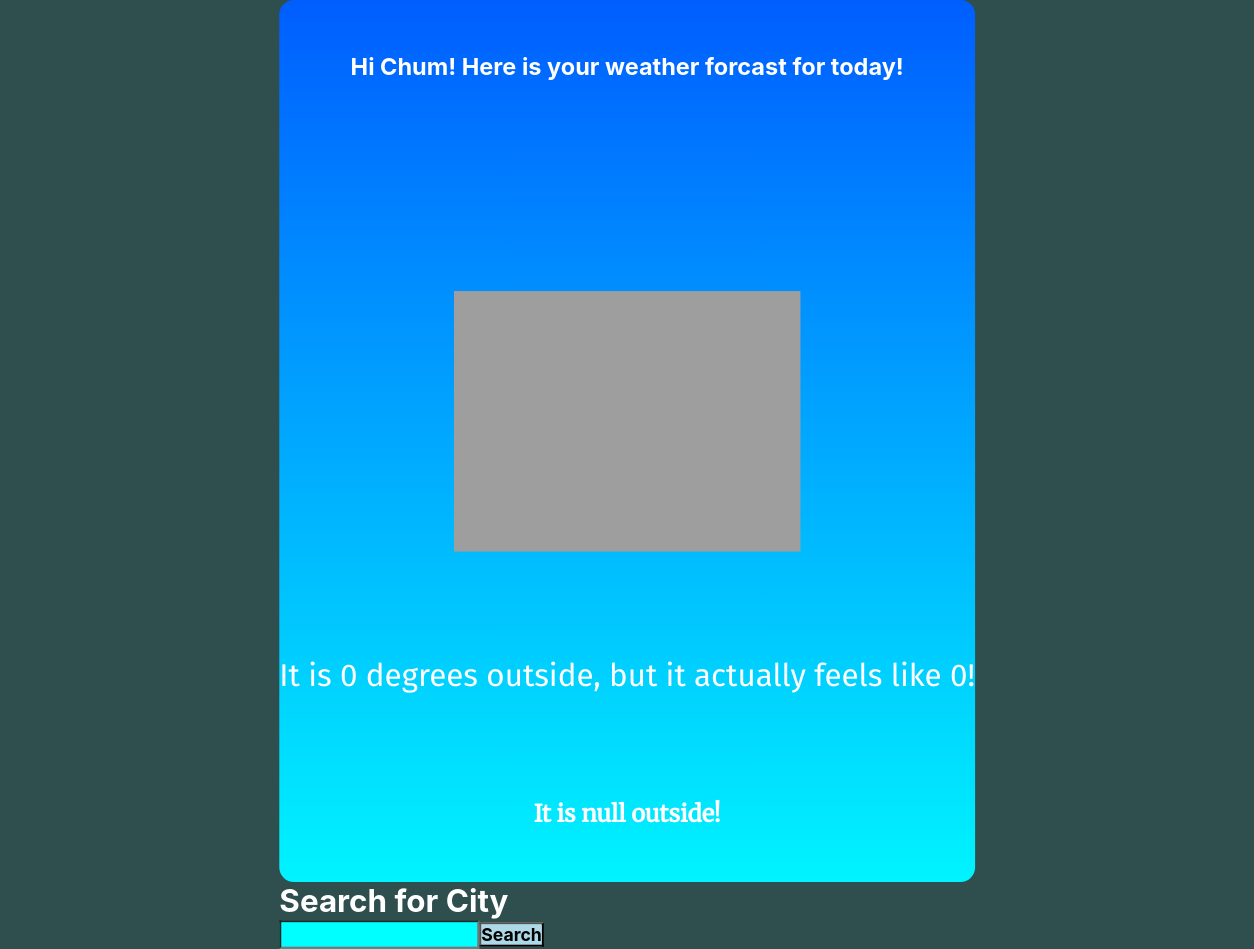
Repository: sayrilamar/chumsweatherapp
Page: /
The author's editor kept a copy of each file at every save. The page is drawn from the files as they stood at one save, then again after the next save.
The browser window is 1280 px wide. The pictures show the whole page, at 98% of full size.
Pictures or frames that could not be fetched are drawn as grey boxes. The page's requests for data from a server got no answer. The project was rebuilt for these pictures with package versions that can differ from the ones it lists, and the page was loaded fresh each time. No one was signed in, and anything a server would have sent is missing.

Above is the page before, as saved 2020-04-19 13:58:50.

After the next save:
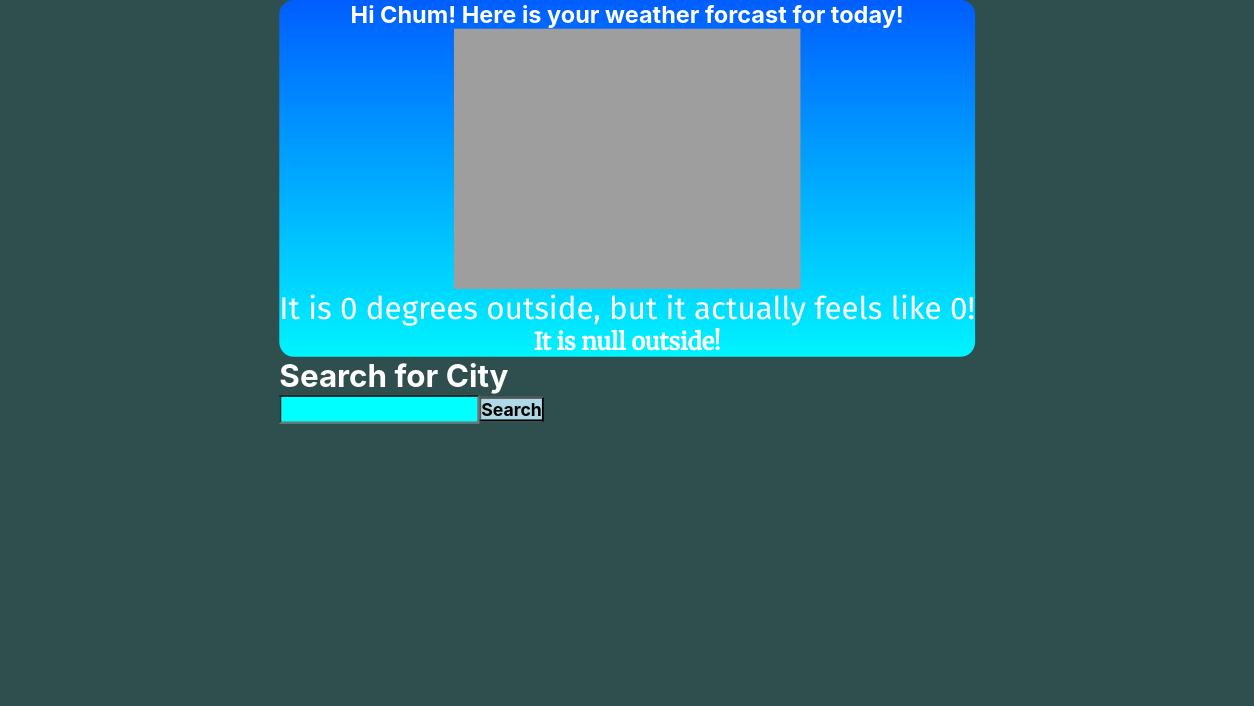
Saved 14 s later.
--- a/src/components/WeatherCard/component.js
+++ b/src/components/WeatherCard/component.js
@@ -39,7 +39,7 @@ const WeatherCard = ({
     margin: 0 auto;
     background: ${bg};
     width: 100%;
-    height: 900px;
+    height: 80%;
     display: flex;
     flex-direction: column;
     justify-content: space-around;
